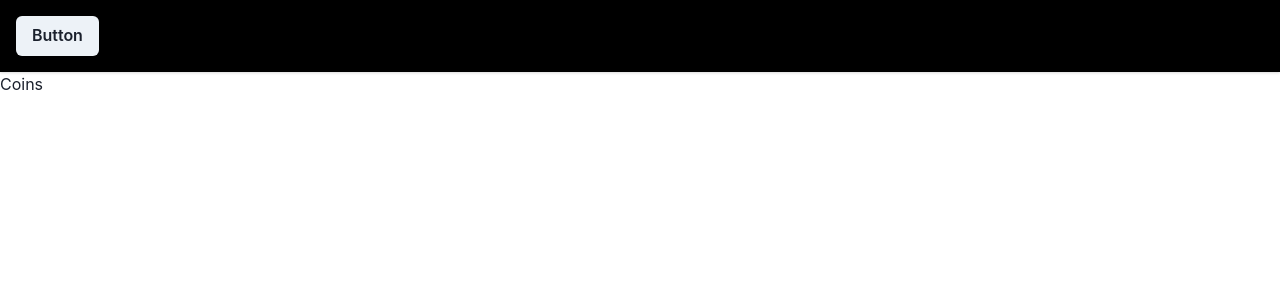
Repository: Attar786/cryptoapp
Page: /coins
An editor plug-in stored every save of this project. The page is shown before and after the next save, followed by the edit.
The browser window is 1280 px wide. The pictures show the whole page.
The project was rebuilt for these pictures with package versions that can differ from the ones it lists, and the page was loaded fresh each time. Also part of the build but not shown: vite.config.js, src/components/Home.jsx, src/components/Exhanges.jsx, src/components/CoinDetails.jsx, src/index.css.

Above is the page before, as saved 2024-03-16 16:51:09.

After the next save:
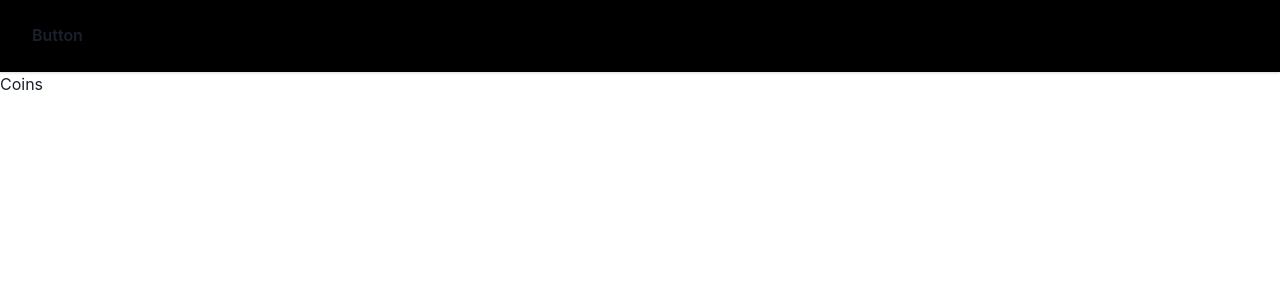
Saved 47 s later.
--- a/src/components/Header.jsx
+++ b/src/components/Header.jsx
@@ -4,7 +4,7 @@ import { HStack , Button} from "@chakra-ui/react"
 const Header = () => {
     return (
 <HStack p={"4"} bgColor={"black"} shadow={"base"}  >
-<Button >Button</Button>
+<Button variant='ghost' >Button</Button>
 
 
 </HStack>
